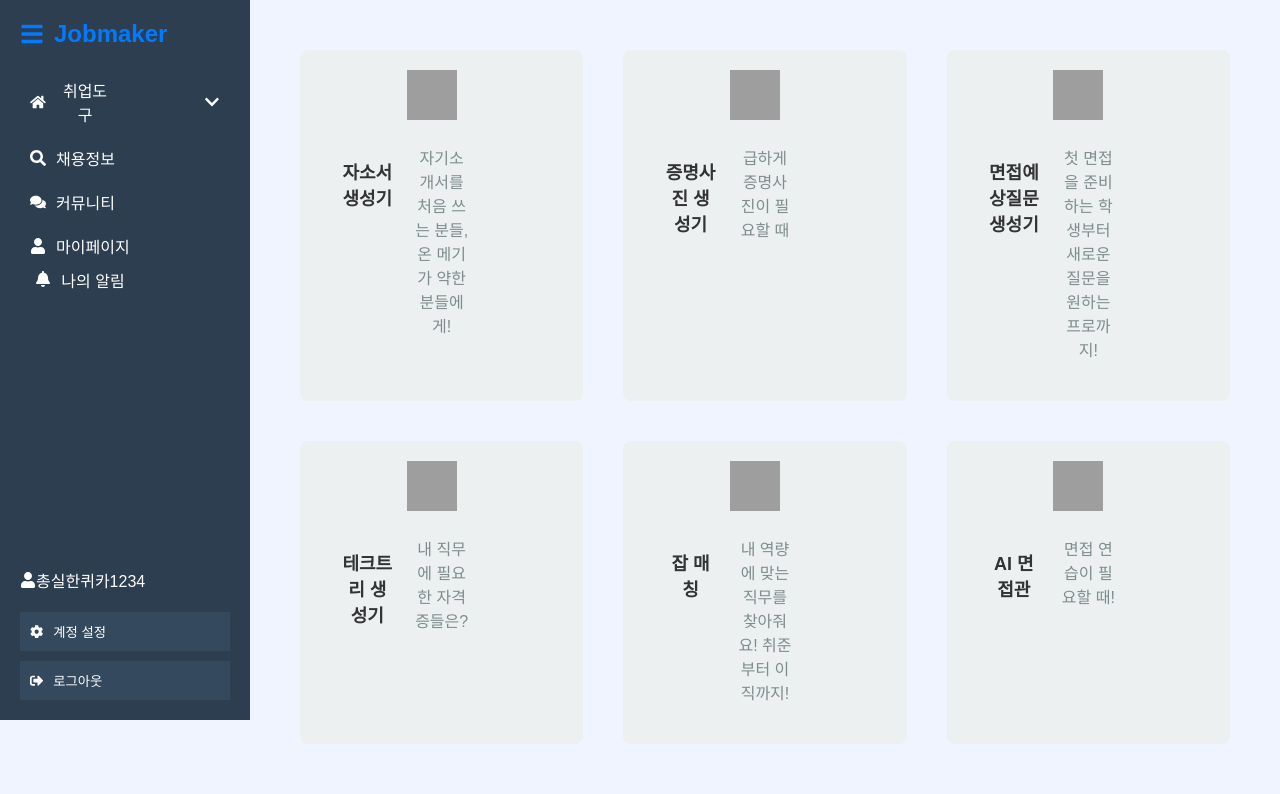
Repository: HSfac/jobmaker
Page: /main
These files come from the project's save history. The page is drawn as it stood at one moment and after the next save; the edit follows.
The browser window is 1280 px wide. The pictures show the whole page.
Pictures or frames that could not be fetched are drawn as grey boxes. The project was rebuilt for these pictures with package versions that can differ from the ones it lists, and the page was loaded fresh each time. Also part of the build but not shown: src/components/Header.jsx, src/components/Footer.css, src/components/Footer.jsx, src/pages/LandingPage.jsx, src/pages/InfosPage.jsx, src/pages/CommunityPage.jsx, src/pages/MyPage.jsx, src/components/SocialLoginButton.css and 15 more.

Above is the page before, as saved 2024-07-13 17:47:56.

### src/App.js
import React from 'react';
import { BrowserRouter as Router, Route, Routes } from 'react-router-dom';
import MainPage from './pages/MainPage';
import LandingPage from './pages/LandingPage';
import InfosPage from './pages/InfosPage';
import CommunityPage from './pages/CommunityPage';
import MyPage from './pages/MyPage';
import LoginPage from './pages/LoginPage';
import SignupPage from './pages/SignupPage';
import EmailSignupPage from './pages/EmailSignupPage';

import ResumeGeneratorPage from './pages/tools/ResumeGeneratorPage';
import PhotoGeneratorPage from './pages/tools/PhotoGeneratorPage';
import InterviewQuestionsGeneratorPage from './pages/tools/InterviewQuestionsGeneratorPage';
import TechTreeGeneratorPage from './pages/tools/TechTreeGeneratorPage';
import JobMatchingPage from './pages/tools/JobMatchingPage';
import AIInterviewerPage from './pages/tools/AIInterviewerPage';

import MainLayout from './layouts/MainLayout'; // 새로 생성한 레이아웃 컴포넌트
import './App.css';

function App() {
  return (
    <Router>
      <div className="App">
        <Routes>
          <Route path="/" element={<LandingPage />} />
          <Route path="/login" element={<LoginPage />} />
          <Route path="/signup" element={<SignupPage />} />
          <Route path="/email-signup" element={<EmailSignupPage />} />
          <Route element={<MainLayout />}>
            <Route path="/main" element={<MainPage />} />
            <Route path="/infos" element={<InfosPage />} />
            <Route path="/community" element={<CommunityPage />} />
            <Route path="/mypage" element={<MyPage />} />
            <Route path="/tools/resume-generator" element={<ResumeGeneratorPage />} />
            <Route path="/tools/photo-generator" element={<PhotoGeneratorPage />} />
            <Route path="/tools/interview-questions-generator" element={<InterviewQuestionsGeneratorPage />} />
            <Route path="/tools/tech-tree-generator" element={<TechTreeGeneratorPage />} />
            <Route path="/tools/job-matching" element={<JobMatchingPage />} />
            <Route path="/tools/ai-interviewer" element={<AIInterviewerPage />} />
          </Route>
        </Routes>
      </div>
    </Router>
  );
}

export default App;

### src/pages/MainPage.jsx
// MainPage.jsx
import React from 'react';
import ToolCard from '../components/ToolCard';
import './MainPage.css';

const tools = [
  {
    title: "자소서 생성기",
    description: "자기소개서를 처음 쓰는 분들, 온 메기가 약한 분들에게!",
    image: "../assets/images/icons/icon2.png",
    link: "/tools/resume-generator",
  },
  {
    title: "증명사진 생성기",
    description: "급하게 증명사진이 필요할 때",
    image: "../assets/images/icons/icon2.png",
    link: "/tools/photo-generator",
  },
  {
    title: "면접예상질문 생성기",
    description: "첫 면접을 준비하는 학생부터 새로운 질문을 원하는 프로까지!",
    image: "../assets/images/icons/icon2.png",
    link: "/tools/interview-questions-generator",
  },
  {
    title: "테크트리 생성기",
    description: "내 직무에 필요한 자격증들은?",
    image: "../assets/images/icons/icon2.png",
    link: "/tools/tech-tree-generator",
  },
  {
    title: "잡 매칭",
    description: "내 역량에 맞는 직무를 찾아줘요! 취준부터 이직까지!",
    image: "../assets/images/icons/icon2.png",
    link: "/tools/job-matching",
  },
  {
    title: "AI 면접관",
    description: "면접 연습이 필요할 때!",
    image: "../assets/images/icons/icon2.png",
    link: "/tools/ai-interviewer",
  },
];

const MainPage = () => {
  return (
    <div className="main-page">
      <div className="content">
        {tools.map((tool, index) => (
          <ToolCard
            key={index}
            title={tool.title}
            description={tool.description}
            image={tool.image}
            link={tool.link}
          />
        ))}
      </div>
    </div>
  );
};

export default MainPage;

### src/layouts/MainLayout.jsx
import React from 'react';
import { Outlet } from 'react-router-dom';
import Sidebar from '../components/Sidebar';
//import './MainLayout.css';

const MainLayout = () => {
  return (
    <div className="main-layout">
      <Sidebar />
      <div className="page-content">
        <Outlet />
      </div>
    </div>
  );
};

export default MainLayout;

### src/App.css
.App {
  font-family: sans-serif;
  text-align: center;
  height: 100vh;
  display: flex;
  flex-direction: column;
}

.main-content {
  display: flex;
  flex: 1;
}

.page-content {
  flex: 1;
  padding: 20px;
  margin-left: 250px; /* 사이드바의 넓이만큼 왼쪽 여백을 설정 */
  transition: margin-left 0.3s;
}

.sidebar.closed + .page-content {
  margin-left: 80px; /* 사이드바가 닫혔을 때 여백 설정 */
}

### src/components/ToolCard.jsx
// ToolCard.jsx
import React from 'react';
import { useNavigate } from 'react-router-dom';
import './ToolCard.css';

const ToolCard = ({ title, description, image, link }) => {
  const navigate = useNavigate();

  const handleClick = () => {
    navigate(link);
  };

  return (
    <div className="tool-card" onClick={handleClick}>
      <img src={image} alt={title} className="icon" />
      <div className="content">
        <h3>{title}</h3>
        <p>{description}</p>
      </div>
    </div>
  );
};

export default ToolCard;

### src/pages/MainPage.css
.main-page {
  display: flex;
}

.content {
  flex-grow: 1;
  padding: 20px;
  display: grid;
  grid-template-columns: repeat(3, 1fr);
  gap: 20px;
}

### src/pages/LandingPage.css
/* LandingPage.css */

@font-face {
  font-family: 'Pretendard';
  src: url('../assets/fonts/Pretendard-Regular.ttf') format('truetype');
  font-weight: 400;
}

@font-face {
  font-family: 'Pretendard';
  src: url('../assets/fonts/Pretendard-SemiBold.ttf') format('truetype');
  font-weight: 600;
}
:root {
  --bg-color: #f0f4ff;
  --text-color: #333;
  --primary-color: #3a73e1;
  --secondary-color: #fff;
  --question-bg-color: #4a90e2;
}

[data-theme="dark"] {
  --bg-color: #121212;
  --text-color: #e0e0e0;
  --primary-color: #bb86fc;
  --secondary-color: #333;
  --question-bg-color: #3700b3;
}

body {
  background-color: var(--bg-color);
  color: var(--text-color);
  margin: 0;
  padding: 0;
  font-family: 'Pretendard', sans-serif;
}

.landing-page {
  display: flex;
  flex-direction: column;
  min-height: 100vh;
}

.main-content {
  flex: 1;
  display: flex;
  flex-direction: column;
  align-items: center;
  background-color: var(--primary-color);
  color: var(--secondary-color);
}

.hero {
  display: flex;
  justify-content: space-between;
  align-items: center;
  max-width: 1200px;
  width: 100%;
  padding: 50px;
}


.hero-text h1 {
  font-size: 4em; /* Increased font size */
  font-family: 'Pretendard', sans-serif;
  font-weight: 600; /* SemiBold */
  margin-bottom: 20px;
}

.hero-text p {
  font-family: 'Pretendard', sans-serif;
  font-weight: 400; /* Regular */
}

.hero-text button.primary {
  background-color: var(--secondary-color);
  color: var(--primary-color);
  padding: 10px 20px;
  border: none;
  border-radius: 5px;
  font-size: 1.2em;
  cursor: pointer;
  transition: border-color 0.3s;
}

.hero-text button.primary:hover {
  border: 2px solid var(--primary-color);
}

.hero-images {
  flex: 1;
  display: flex;
  justify-content: center;
  align-items: center;


}

.hero-images img {
  max-width: 100%;
  height: auto;

}

.second-section {
  width: 100%;
  font-size: 1.5em;
  padding: 50px 20px;
  background-color: var(--bg-color);
  color: var(--text-color);
  text-align: center;
  position: relative;
  overflow: hidden;
  font-weight: 700; /* SemiBold */
}

.second-section h2 {
  color: var(--primary-color);
  font-size: 1.5em;
  font-weight: 700; /* SemiBold */
}

.sliding-images {
  display: flex;
  flex-direction: column;
  align-items: center;
  justify-content: center;
  height: 280px; /* Adjust as needed */
  position: relative;
}

.sliding-images img {
  width: 300%; /* Make the images smaller */
  position: absolute;
  animation-duration: 30s; /* Slow down the animation */
  animation-timing-function: linear;
  animation-iteration-count: infinite;
}

.sliding-images img:nth-child(1) {
  top: 0;
  left: -100%;
  animation-name: slide-in-left;
}

.sliding-images img:nth-child(2) {
  top: 50%;
  left: 100%;
  animation-name: slide-in-right;
}

@keyframes slide-in-left {
  0%, 100% {
    left: -100%;
  }
  50% {
    left: 100%;
  }
}

@keyframes slide-in-right {
  0%, 100% {
    left: 100%;
  }
  50% {
    left: -100%;
  }
}

.generators {
  display: flex;
  justify-content: space-around;
  flex-wrap: wrap;
}

.generator-card {
  background-color: var(--secondary-color);
  color: var(--primary-color);
  border-radius: 10px;
  padding: 20px;
  margin: 10px;
  width: 200px;
  cursor: pointer;
  transition: transform 0.2s;
}

.generator-card:hover {
  transform: scale(1.05);
}

.generator-card h3 {
  margin-top: 0;
}

.generator-card p {
  margin: 10px 0 0;
  font-size: 20px;
}

/* 기존 CSS 생략 */

.third-section {

  width: 100%;
  padding: 10px 20px;
  background-color: var(--bg-color);
  color: var(--text-color);
  text-align: center;

}

.third-section h2 {
  font-size: 2.2em;
  color: var(--primary-color);
  font-weight: 700; /* SemiBold */
}

.third-section h3 {
  font-size: 1em;
  font-weight: 600; /* SemiBold */
}

.example-container {
  display: flex;
  flex-wrap: wrap;
  justify-content: center;
  gap: 20px;
  margin-top: 20px;
  flex-direction: column; /* 세로로 배치 */
}

.example-image.left {
  align-self: flex-start;
  margin: 0 50px; /* 이미지 양옆 여백 설정 */
  animation: slide-left 5s infinite;
}

.example-image.center1 {
  align-self: center;
  margin: 0 50px; /* 이미지 양옆 여백 설정 */
}

.example-image.right {
  align-self: flex-end;
  margin: 0 50px; /* 이미지 양옆 여백 설정 */
  animation: slide-right 5s infinite;
}

.example-image.center2 {
  align-self: center;
  margin: 0 50px; /* 이미지 양옆 여백 설정 */
}

@keyframes slide-left {
  0% {
    transform: translateX(0);
  }
  50% {
    transform: translateX(-20px); /* 원하는 슬라이드 거리 설정 */
  }
  100% {
    transform: translateX(0);
  }
}

@keyframes slide-right {
  0% {
    transform: translateX(0);
  }
  50% {
    transform: translateX(20px); /* 원하는 슬라이드 거리 설정 */
  }
  100% {
    transform: translateX(0);
  }
}

/* 기존 CSS 생략 */




.fourth-section {
  width: 100%;
  padding: 50px 20px;
  background-color: var(--bg-color);
  color: var(--text-color);
  text-align: center;
}

.fourth-section h2 {
  font-size: 2.2em;
  color: var(--primary-color);
  font-weight: 700; /* SemiBold */
  margin-bottom: 10px;
}

.fourth-section h3 {
  font-size: 26px;
  font-weight: 700; /* SemiBold */
  margin-bottom: 30px;
}

.sliding-tags {
  overflow: hidden;
  white-space: nowrap;
  box-sizing: border-box;
}

.tags-wrapper {
  display: inline-block;
  animation: slide 45s linear infinite;

}

.tag {
  font-size: 20px;
  display: inline-block;
  background-color: var(--primary-color);
  color: var(--secondary-color);
  padding: 20px 40px;
  margin: 0 10px;
  border-radius: 500px;
  font-weight: 600; /* SemiBold */
}

@keyframes slide {
  0% {
    transform: translateX(100%);
  }
  100% {
    transform: translateX(-100%);
  }
}

.fifth-section {
  width: 100%;
  padding: 50px 20px;
  background-color: var(--bg-color);
  color: var(--text-color);
  text-align: center;
}

.fifth-section h2 {
  margin-top: 70px;
  font-size: 2.2em;
  color: var(--primary-color);
  font-weight: 700; /* SemiBold */
}

.fifth-section h3 {
  font-size: 26px;
  font-weight: 700; /* SemiBold */
  margin-top: 10px;
  margin-bottom: 30px;
}

.pricing-plans {
  display: flex;
  justify-content: center;
  gap: 25px;
  flex-wrap: wrap;
  margin-bottom: 200px;
}

.plan {
  background-color: var(--secondary-color);
  color: var(--primary-color);
  border-radius: 10px;
  padding: 20px;
  margin: 10px;
  width: 250px;
  text-align: center;
}

.plan h3 {
  margin-top: 0;
}

.plan p {
  font-size: 20px;
  font-weight: 700; /* SemiBold */
}

.plan ul {
  list-style: none;
  padding: 0;
}

.plan ul li {
  margin: 10px 0;
}

.plan button.primary {
  background-color: var(--secondary-color);
  color: var(--primary-color);
  padding: 10px 20px;
  border: 2px solid var(--primary-color);
  border-radius: 5px;
  font-size: 1.2em;
  cursor: pointer;
  transition: background-color 0.3s, color 0.3s;
}

.plan button.primary:hover {
  background-color: var(--primary-color);
  color: var(--secondary-color);
}

.footer {
  background-color: var(--primary-color);
  color: var(--secondary-color);
  padding: 20px;
  text-align: center;
  position: relative;
  bottom: 0;
  width: 100%;
  margin-top: auto;
}

### src/components/Sidebar.jsx
import React, { useState } from 'react';
import { FaHome, FaSearch, FaComments, FaUser, FaBell, FaCog, FaSignOutAlt, FaBars, FaChevronDown, FaChevronUp } from 'react-icons/fa';
import { Link } from 'react-router-dom';
import './Sidebar.css';
import AlertModal from './AlertModal';

const Sidebar = () => {
  const [isOpen, setIsOpen] = useState(true);
  const [isToolsOpen, setIsToolsOpen] = useState(false);
  const [isModalOpen, setIsModalOpen] = useState(false);

  const toggleSidebar = () => {
    setIsOpen(!isOpen);
  };

  const toggleToolsMenu = () => {
    setIsToolsOpen(!isToolsOpen);
  };

  const toggleModal = () => {
    setIsModalOpen(!isModalOpen);
  };

  return (
    <div className={`sidebar ${isOpen ? 'open' : 'closed'}`}>
      <div className="logo" onClick={toggleSidebar}>
        <FaBars />
        {isOpen && <span>Jobmaker</span>}
      </div>
      <ul className="menu">
        <li>
          <div className="menu-item" onClick={toggleToolsMenu}>
            <FaHome />
            {isOpen && <span>취업도구</span>}
            {isOpen && (isToolsOpen ? <FaChevronUp /> : <FaChevronDown />)}
          </div>
          {isToolsOpen && (
            <ul className="submenu">
              <li>
                <Link to="/tools/resume-generator">
                  {isOpen && <span>자소서 생성기</span>}
                </Link>
              </li>
              <li>
                <Link to="/tools/photo-generator">
                  {isOpen && <span>증명사진 생성기</span>}
                </Link>
              </li>
              <li>
                <Link to="/tools/interview-questions-generator">
                  {isOpen && <span>면접예상질문 생성기</span>}
                </Link>
              </li>
              <li>
                <Link to="/tools/tech-tree-generator">
                  {isOpen && <span>테크트리 생성기</span>}
                </Link>
              </li>
              <li>
                <Link to="/tools/job-matching">
                  {isOpen && <span>잡 매칭</span>}
                </Link>
              </li>
              <li>
                <Link to="/tools/ai-interviewer">
                  {isOpen && <span>AI 면접관</span>}
                </Link>
              </li>
            </ul>
          )}
        </li>
        <li>
          <Link to="/infos">
            <FaSearch />
            {isOpen && <span>채용정보</span>}
          </Link>
        </li>
        <li>
          <Link to="/community">
            <FaComments />
            {isOpen && <span>커뮤니티</span>}
          </Link>
        </li>
        <li>
          <Link to="/mypage">
            <FaUser />
            {isOpen && <span>마이페이지</span>}
          </Link>
        </li>
        <li onClick={toggleModal} style={{ cursor: 'pointer' }}>
          <FaBell />
          {isOpen && <span>나의 알림</span>}
        </li>
      </ul>
      <div className="user-info">
        <div className="username">
          <FaUser />
          {isOpen && <span>총실한퀴카1234</span>}
        </div>
        <div className="settings">
          <button className="settings-btn">
            <FaCog />
            {isOpen && <span>계정 설정</span>}
          </button>
          <button className="logout-btn">
            <FaSignOutAlt />
            {isOpen && <span>로그아웃</span>}
          </button>
        </div>
      </div>
      {isModalOpen && <AlertModal onClose={toggleModal} />}
    </div>
  );
};

export default Sidebar;

### src/components/ToolCard.css
.tool-card {
  background-color: #ecf0f1;
  border-radius: 8px;
  padding: 20px;
  margin: 10px;
  display: flex;
  align-items: center;
  cursor: pointer;
  flex-direction: column;
  transition: background-color 0.3s;
}

.tool-card:hover {
  background-color: #bdc3c7;
}

.icon {
  width: 50px;
  height: 50px;
  margin-right: 20px;
}

.content {
  flex-grow: 1;
}

h3 {
  margin: 5;
  font-size: 18px;
}

p {
  margin: 5px 0 0;
  color: #7f8c8d;
}

### src/components/Header.css
.header {
  display: flex;
  justify-content: space-between;
  align-items: center;
  padding: 10px 20px;
  background-color: #f8f9fa;
  border-bottom: 1px solid #e0e0e0;
}

.logo {
  font-size: 24px;
  font-weight: bold;
  color: #007bff;
}

.nav-links a {
  margin-left: 10px;
  color: #333;
  text-decoration: none;
}

.nav-links a:hover {
  text-decoration: underline;
}

### src/components/Sidebar.css
.sidebar {
  width: 250px;
  height: 100vh;
  background-color: #2c3e50;
  color: white;
  padding: 20px;
  box-sizing: border-box;
  display: flex;
  flex-direction: column;
  justify-content: space-between;
  transition: width 0.3s;
  position: fixed;
  top: 0;
  left: 0;
  overflow-y: auto; /* Add scrollbar if content exceeds height */
}

.sidebar.closed {
  width: 80px;
}

.logo {
  font-size: 24px;
  font-weight: bold;
  margin-bottom: 20px;
  cursor: pointer;
  display: flex;
  align-items: center;
}

.logo span {
  margin-left: 10px;
}

.menu {
  list-style: none;
  padding: 0;
  margin: 0;
}

.menu li {
  margin: 0;
}

.menu-item, .menu li a {
  display: flex;
  align-items: center;
  color: white;
  text-decoration: none;
  padding: 10px;
  width: 100%;
  box-sizing: border-box;
  transition: background-color 0.3s;
}

.menu-item:hover, .menu li a:hover {
  background-color: #34495e;
}

.menu-item {
  cursor: pointer;

}

.menu li span {
  margin-left: 10px;
  margin-right: 90px;
}

.submenu {
  list-style: none;
  padding: 0;
  margin: 0;
}

.submenu li {
  margin: 0;
}

.submenu li a {
  padding: 10px 10px 10px 30px; /* Indentation for submenu items */
  display: flex;
  align-items: center;
  color: white;
  text-decoration: none;
  transition: background-color 0.3s;
}

.submenu li a:hover {
  background-color: #34495e;
}

.user-info {
  margin-top: auto;
}

.username {
  display: flex;
  align-items: center;
  margin-bottom: 10px;
}

.email {
  margin-bottom: 10px;
}

.settings {
  display: flex;
  flex-direction: column;
}

.settings-btn, .logout-btn {
  display: flex;
  align-items: center;
  width: 100%;
  margin-top: 10px;
  padding: 10px;
  background-color: #34495e;
  color: white;
  border: none;
  cursor: pointer;
  transition: background-color 0.3s;
}

.settings-btn:hover, .logout-btn:hover {
  background-color: #3d566e;
}

.settings-btn span, .logout-btn span {
  margin-left: 10px;
}

Loaded but not shown: public/index.html (common file); src/index.js (common file); src/index.css (common file); src/reportWebVitals.js (common file)

After the next save:
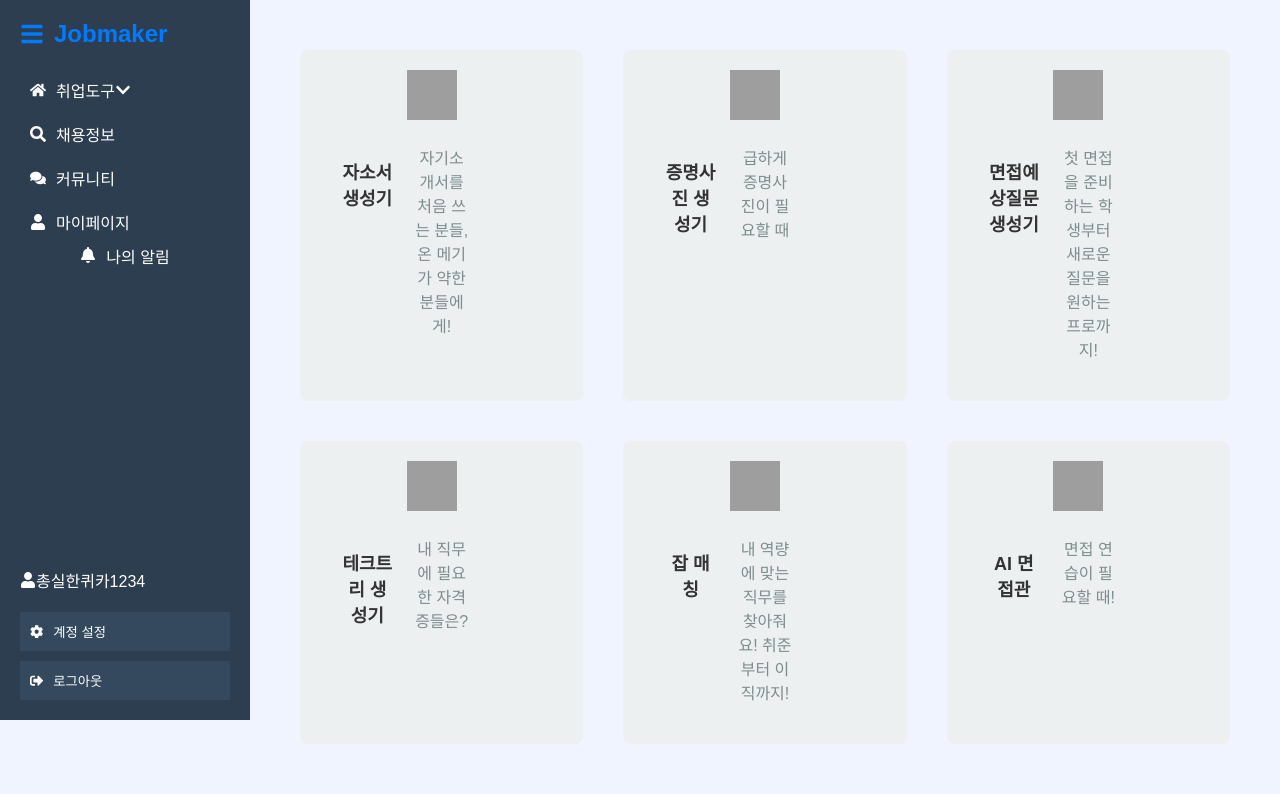
Saved 20 s later.
--- a/src/components/Sidebar.css
+++ b/src/components/Sidebar.css
@@ -64,7 +64,7 @@
 
 .menu li span {
   margin-left: 10px;
-  margin-right: 90px;
+  margin-ri: 10px;
 }
 
 .submenu {
